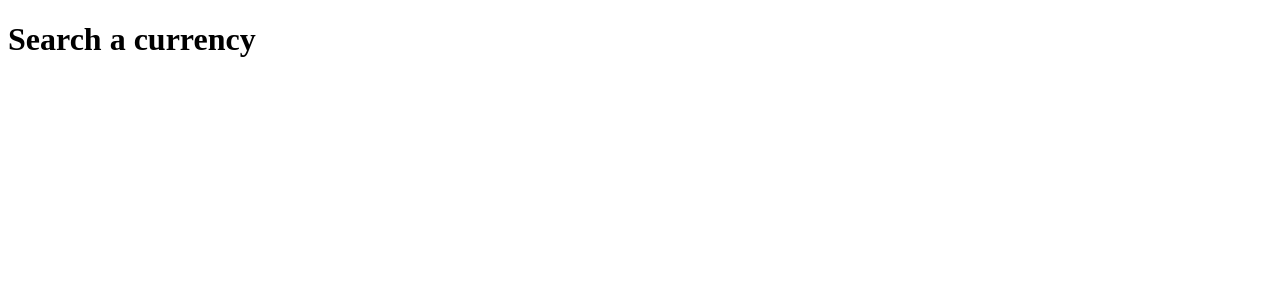
Repository: OmniaRafat232111121/crypto
Page: /
An editor plug-in stored every save of this project. The page is shown before and after a run of saves, followed by the edit.
The browser window is 1280 px wide. The pictures show the whole page.
The page's requests for data from a server got no answer. The project was rebuilt for these pictures with package versions that can differ from the ones it lists, and the page was loaded fresh each time. No one was signed in, and anything a server would have sent is missing. Also part of the build but not shown: src/App.css.

Above is the page before, as saved 2022-09-04 13:27:41.

After the next 15 saves:
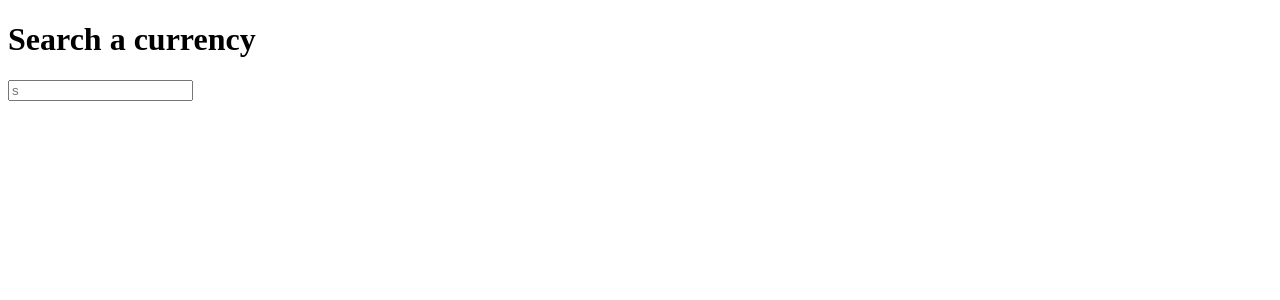
The 15 saves are shown as one change because they came seconds apart.
The last was saved 21 s later.
--- a/src/App.js
+++ b/src/App.js
@@ -14,6 +14,7 @@ function App() {
     <div className="coin-search">
     <h1 className='coin-text'>Search a currency</h1>
     <form>
+    <input type="text" placeholder='s'/>
     </form>
     </div>
 
